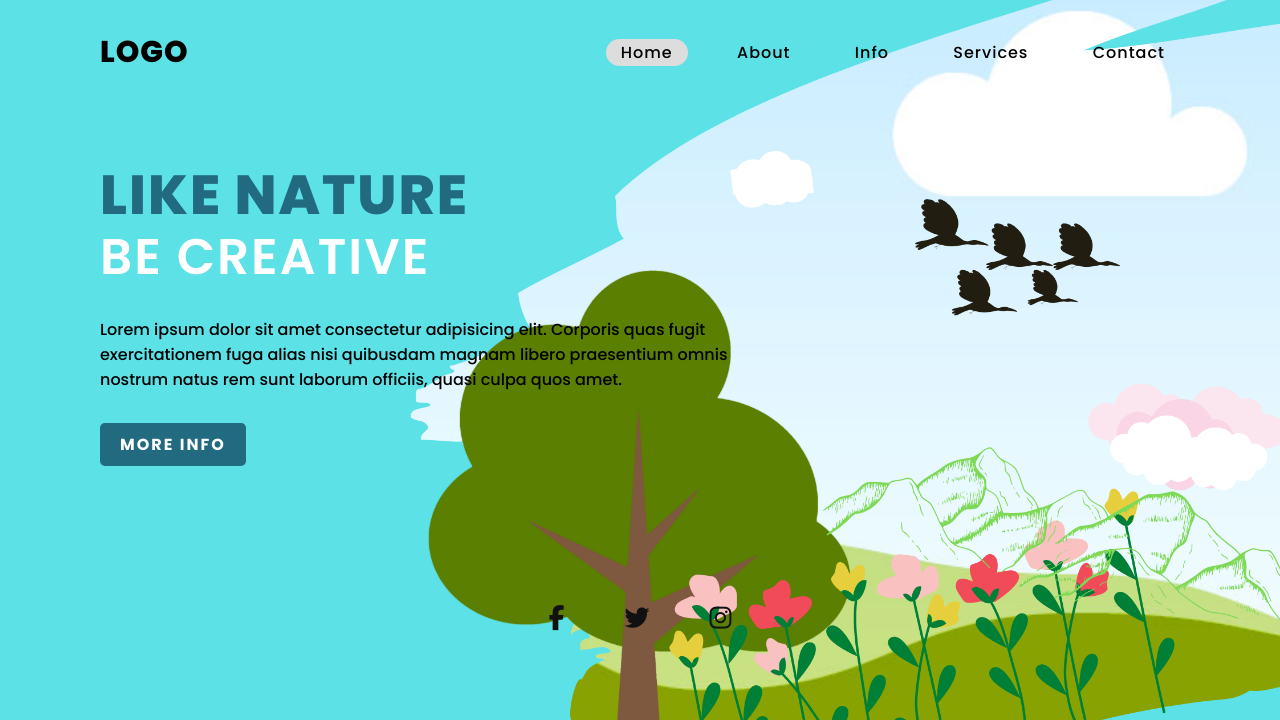
Repository: nganha241/CreativeNature
Page: index.html
These files come from the project's save history. The page is drawn as it stood at one moment and after the next save; the edit follows.
The browser window is 1280 px wide. The pictures show the whole page.
The pointer rests on the first visible `header .navigation a`.
Some web libraries are served in a nearby version.

Above is the page before, as saved 2022-06-18 09:01:54.

After the next save:
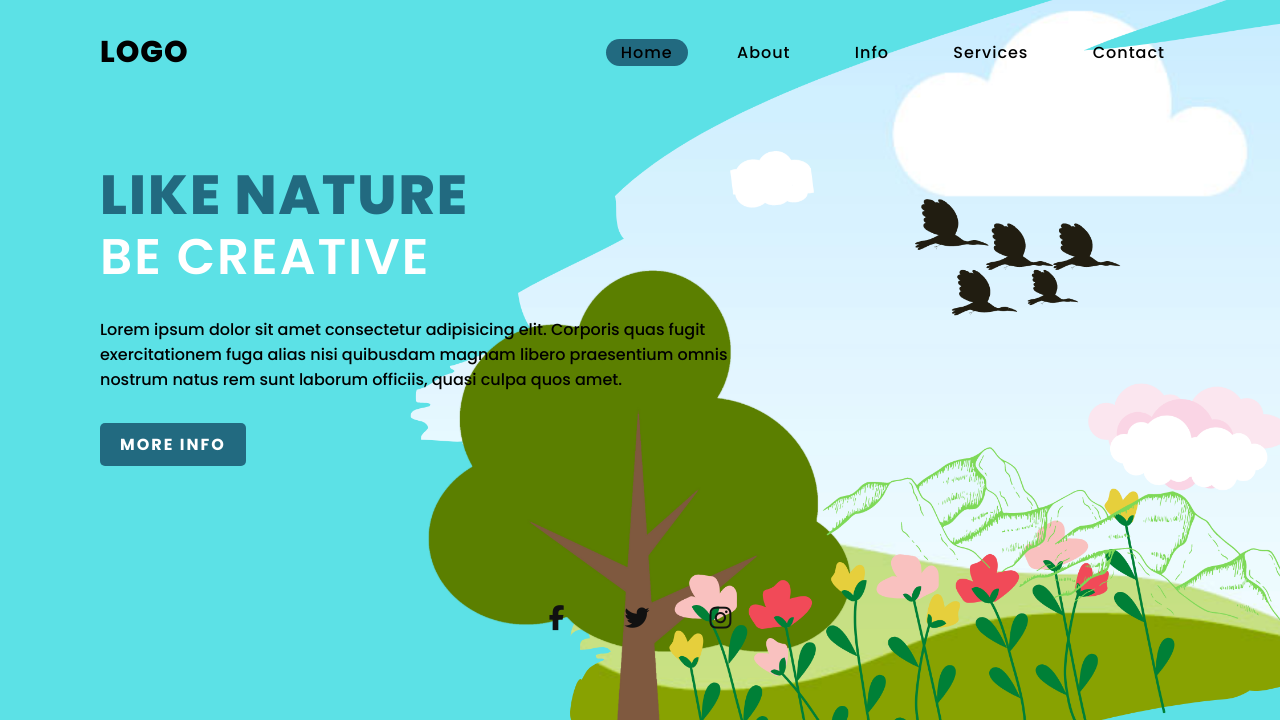
Saved 50 s later.
--- a/style.css
+++ b/style.css
@@ -58,7 +58,7 @@ header .navigation a:not(:last-child) {
 }
 
 header .navigation a:hover {
-    background: #ddd;
+    background: #226a80;
 }
 
 .content {
